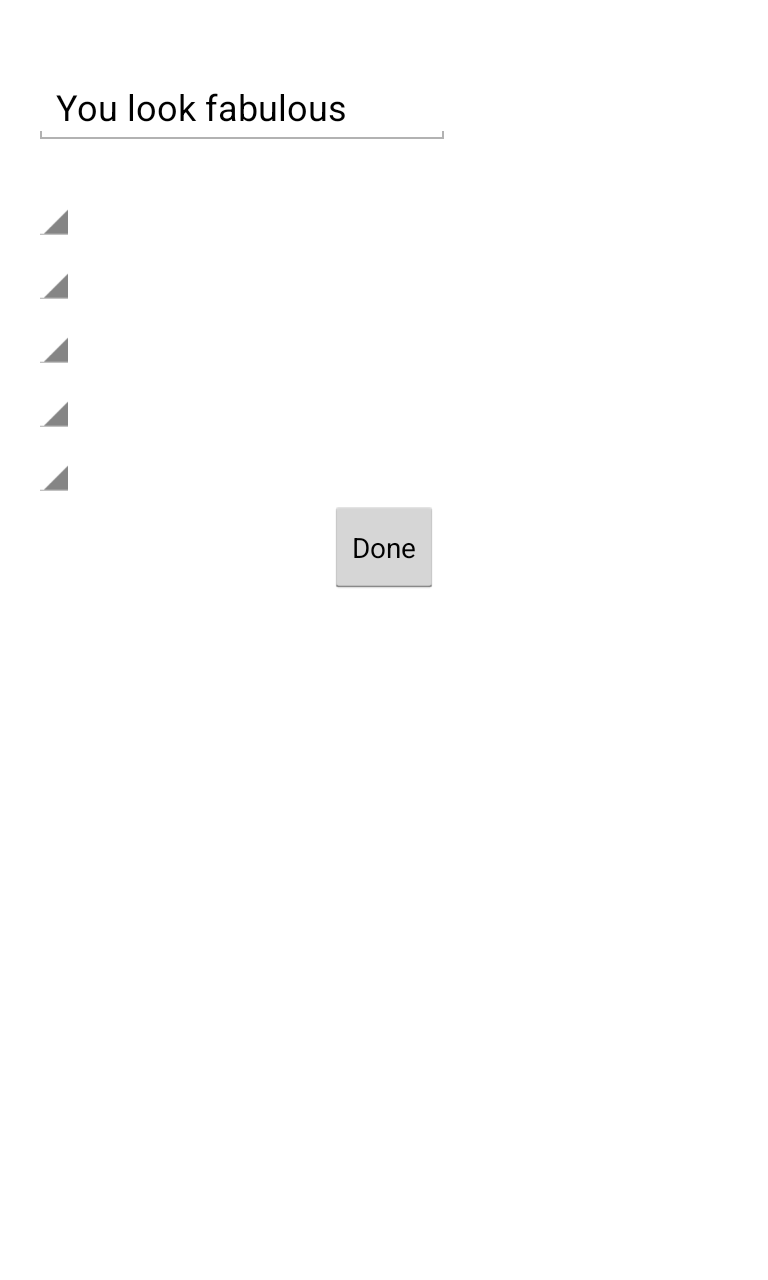
Repository: rtyanas/MyPics
Layout: workspace/MyPic/res/layout/activity_settings.xml
These files come from the project's save history. The layout is drawn as it stood at one moment and after the next save; the edit follows.
It is drawn on a 768 x 1280 px phone screen (xhdpi) without system bars, with theme AppTheme; the app's code is not run.

Above is the layout before, as saved 2013-12-17 19:10:28.

### workspace/MyPic/res/layout/activity_settings.xml
<RelativeLayout xmlns:android="http://schemas.android.com/apk/res/android"
    xmlns:tools="http://schemas.android.com/tools"
    android:id="@+id/message"
    android:layout_width="match_parent"
    android:layout_height="match_parent"
    android:paddingBottom="@dimen/activity_vertical_margin"
    android:paddingLeft="@dimen/activity_horizontal_margin"
    android:paddingRight="@dimen/activity_horizontal_margin"
    android:paddingTop="@dimen/activity_vertical_margin"
    tools:context=".SettingsActivity" >

    <EditText
        android:id="@+id/editText1"
        android:layout_width="wrap_content"
        android:layout_height="wrap_content"
        android:layout_alignParentTop="true"
        android:layout_marginTop="18dp"
        android:ems="10"
        android:text="@string/fabulous" />

    <Spinner
        android:id="@+id/font"
        android:layout_width="wrap_content"
        android:layout_height="wrap_content"
        android:layout_alignLeft="@+id/editText1"
        android:layout_below="@+id/editText1"
        android:layout_marginTop="16dp" />

    <Spinner
        android:id="@+id/size"
        android:layout_width="wrap_content"
        android:layout_height="wrap_content"
        android:layout_alignLeft="@+id/color"
        android:layout_below="@+id/color" />

    <Spinner
        android:id="@+id/style"
        android:layout_width="wrap_content"
        android:layout_height="wrap_content"
        android:layout_alignLeft="@+id/font"
        android:layout_below="@+id/font" />

    <Spinner
        android:id="@+id/color"
        android:layout_width="wrap_content"
        android:layout_height="wrap_content"
        android:layout_alignLeft="@+id/style"
        android:layout_below="@+id/style" />

    <Spinner
        android:id="@+id/rotate"
        android:layout_width="wrap_content"
        android:layout_height="wrap_content"
        android:layout_alignLeft="@+id/size"
        android:layout_below="@+id/size" />

    <Button
        android:id="@+id/done"
        style="?android:attr/buttonStyleSmall"
        android:layout_width="wrap_content"
        android:layout_height="wrap_content"
        android:layout_below="@+id/rotate"
        android:layout_centerHorizontal="true"
        android:text="@string/done" />

</RelativeLayout>

### workspace/MyPic/res/values/strings.xml
<?xml version="1.0" encoding="utf-8"?>
<resources>

    <string name="app_name">MyPic</string>
    <string name="action_settings">Settings</string>
    <string name="hello_world">Hello world!</string>
    <string name="fabulous">You look fabulous</string>
    <string name="my_pic_image">myPic Image</string>
    <string name="get_image">Get Image</string>
    <string name="title_activity_get_image">GetImageActivity</string>
    <string name="title_activity_settings">SettingsActivity</string>
    <string name="init_text">You are fabulous</string>
    <string name="done">Done</string>
    <string-array name="Fonts">
        <item >Normal</item>
        <item >Monospace</item>
        <item >Sans Serif</item>
        <item >Serif</item>
    </string-array>
    <string-array name="Color">
        <item >Black</item>
        <item >Red</item>
        <item >Green</item>
        <item >White</item>
        <item >Blue</item>
        <item >Grey</item>
        <item >Cyan</item>
        <item >Dark Gray</item>
        <item >Magenta</item>
        <item >Transparent</item>
        <item >Yellow</item>
    </string-array>
    <string-array name="Style">
        <item >Bold</item>
        <item >Bold Italic</item>
        <item >Italic</item>
        <item >Normal</item>
    </string-array>
    <string-array name="Size">
        <item >12</item>
        <item >16</item>
        <item >18</item>
        <item >24</item>
        <item >28</item>
        <item >32</item>
        <item >36</item>
        <item >40</item>
    </string-array>
    <string-array name="Rotate">
        <item >0</item>
        <item >-90</item>
        <item >90</item>
    </string-array>
        <string name="font">Font</string>

</resources>

Loaded but not shown: workspace/MyPic/res/values/styles.xml (common file); workspace/MyPic/res/values-v11/styles.xml (common file); workspace/MyPic/res/values-v14/styles.xml (common file); workspace/MyPic/res/values/dimens.xml (common file)

After the next save:
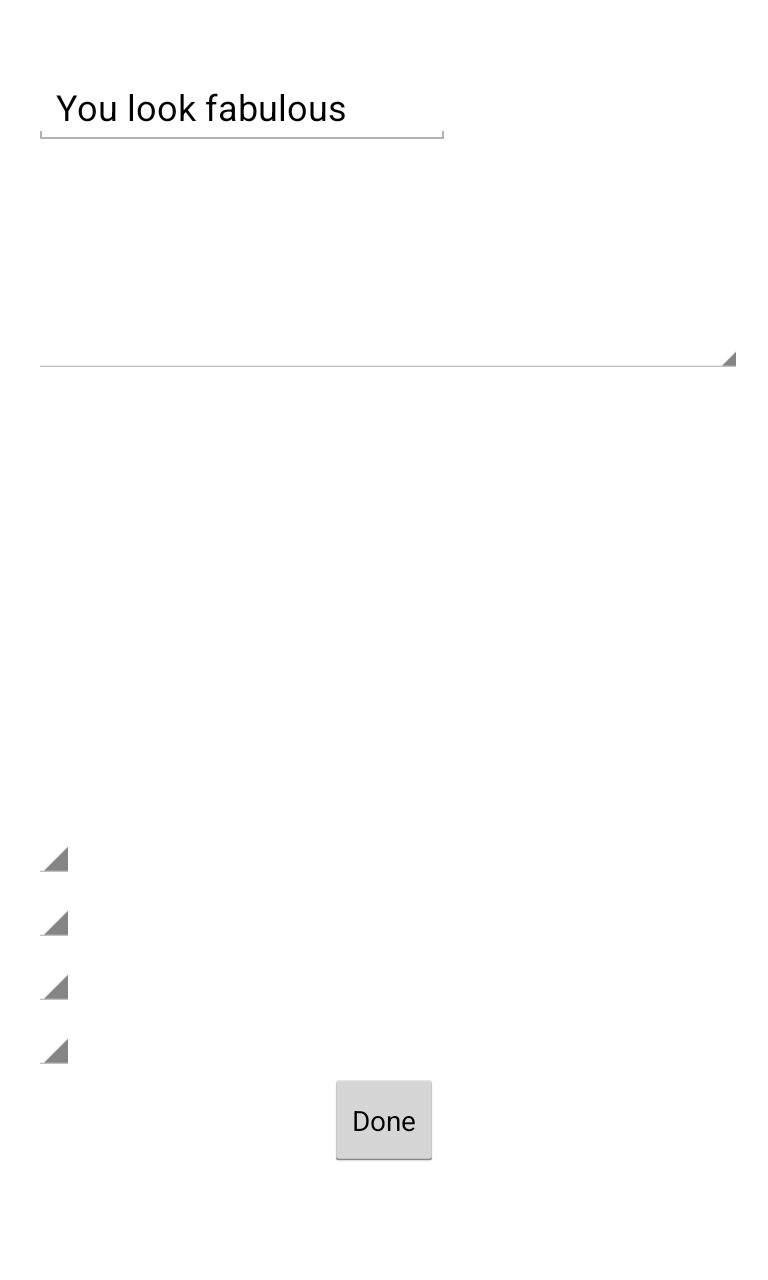
Saved 28 s later.
--- a/workspace/MyPic/res/layout/activity_settings.xml
+++ b/workspace/MyPic/res/layout/activity_settings.xml
@@ -18,49 +18,65 @@
         android:ems="10"
         android:text="@string/fabulous" />
 
-    <Spinner
-        android:id="@+id/font"
+    <Button
+        android:id="@+id/done"
+        style="?android:attr/buttonStyleSmall"
         android:layout_width="wrap_content"
         android:layout_height="wrap_content"
-        android:layout_alignLeft="@+id/editText1"
-        android:layout_below="@+id/editText1"
-        android:layout_marginTop="16dp" />
+        android:layout_alignParentBottom="true"
+        android:layout_centerHorizontal="true"
+        android:layout_marginBottom="40dp"
+        android:text="@string/done" />
+
+    <Spinner
+        android:id="@+id/rotate"
+        android:layout_width="wrap_content"
+        android:layout_height="wrap_content"
+        android:layout_above="@+id/done"
+        android:layout_alignLeft="@+id/size" />
 
     <Spinner
         android:id="@+id/size"
         android:layout_width="wrap_content"
         android:layout_height="wrap_content"
-        android:layout_alignLeft="@+id/color"
-        android:layout_below="@+id/color" />
+        android:layout_above="@+id/rotate"
+        android:layout_alignLeft="@+id/color" />
+
+    <Spinner
+        android:id="@+id/color"
+        android:layout_width="wrap_content"
+        android:layout_height="wrap_content"
+        android:layout_above="@+id/size"
+        android:layout_alignLeft="@+id/style" />
 
     <Spinner
         android:id="@+id/style"
         android:layout_width="wrap_content"
         android:layout_height="wrap_content"
-        android:layout_alignLeft="@+id/font"
-        android:layout_below="@+id/font" />
+        android:layout_above="@+id/color"
+        android:layout_alignLeft="@+id/editText1" />
 
-    <Spinner
-        android:id="@+id/color"
+    <LinearLayout
+        android:id="@+id/linearLayout1"
         android:layout_width="wrap_content"
         android:layout_height="wrap_content"
-        android:layout_alignLeft="@+id/style"
-        android:layout_below="@+id/style" />
+        android:layout_alignParentRight="true"
+        android:layout_below="@+id/editText1"
+        android:layout_marginTop="82dp" >
 
-    <Spinner
-        android:id="@+id/rotate"
+        <Spinner
+            android:id="@+id/font"
+            android:layout_width="361dp"
+            android:layout_height="wrap_content" />
+    </LinearLayout>
+
+    <TextView
+        android:id="@+id/textView1"
         android:layout_width="wrap_content"
         android:layout_height="wrap_content"
-        android:layout_alignLeft="@+id/size"
-        android:layout_below="@+id/size" />
-
-    <Button
-        android:id="@+id/done"
-        style="?android:attr/buttonStyleSmall"
-        android:layout_width="wrap_content"
-        android:layout_height="wrap_content"
-        android:layout_below="@+id/rotate"
-        android:layout_centerHorizontal="true"
-        android:text="@string/done" />
+        android:layout_alignBottom="@+id/linearLayout1"
+        android:layout_marginBottom="23dp"
+        android:layout_toLeftOf="@+id/linearLayout1"
+        android:text="@string/font" />
 
 </RelativeLayout>
